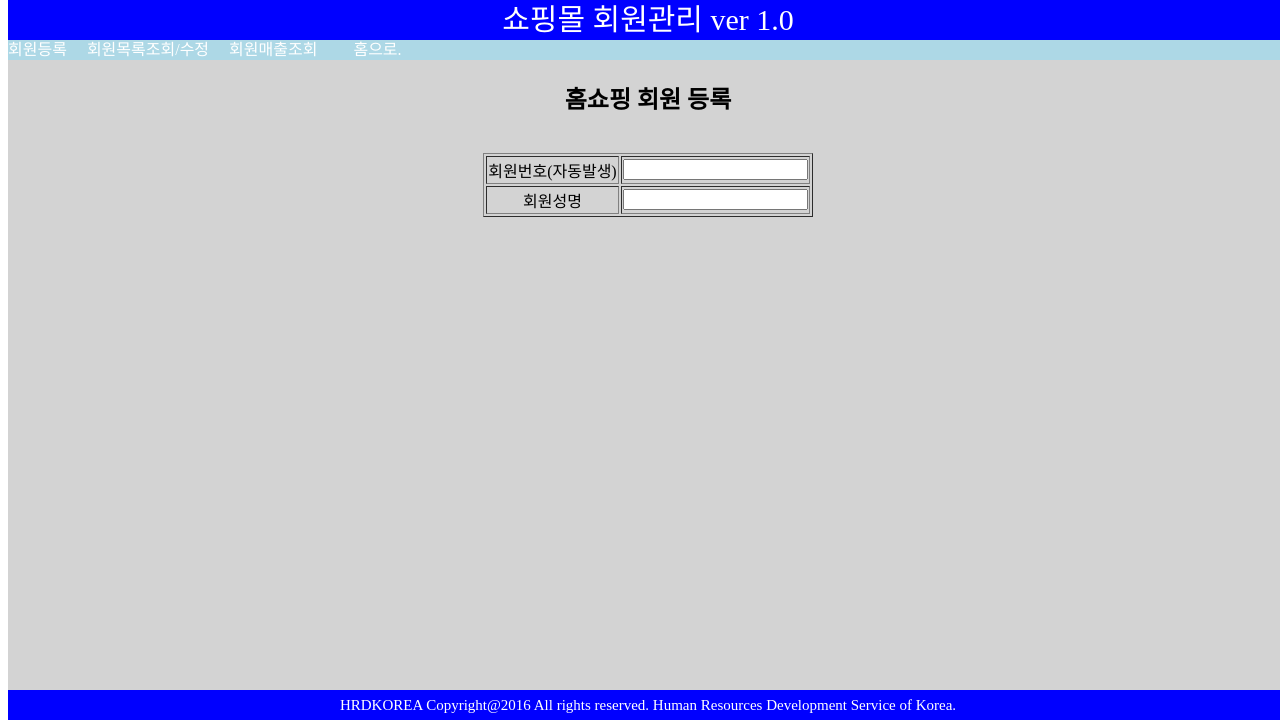
Repository: leesuyeon116/HRD_1
Page: http://localhost/HRD_0416/join.jsp
These files come from the project's save history. The page is drawn as it stood at one moment and after the next save; the edit follows.
The browser window is 1280 px wide. The pictures show the whole page.
The page is served by Tomcat 9. Other server files are loaded and not shown.

Above is the page before, as saved 2024-04-17 00:15:51.

### HRD_0416/src/main/webapp/join.jsp
<%@ page language="java" contentType="text/html; charset=UTF-8"
    pageEncoding="UTF-8"%>
<!DOCTYPE html>
<html>
<head>
<meta charset="UTF-8">
<title>join</title>
</head>
<body>
<jsp:include page="header.jsp" />
	<section style="position: fixed; top: 60px; width: 100%; height: 100%; background-color: lightgray">
	<h2 style="text-align: center;"><b>홈쇼핑 회원 등록</b></h2><br>

	<form name="frm" style=" display: flex; align-items: center; justify-content: center; text-align: center">
	<table border="1">
		<tr>
			<td>회원번호(자동발생)</td>
			<td><input type="text" name="custno"></td>
		</tr>
		<tr>
			<td>회원성명</td>
			<td><input type="text" name="custname"></td>
		</tr>

	</table>
	</form>

	</section>

<jsp:include page="footer.jsp" />
</body>
</html>

### HRD_0416/src/main/webapp/header.jsp
<%@ page language="java" contentType="text/html; charset=UTF-8"
    pageEncoding="UTF-8"%>
<!DOCTYPE html>
<html>
<head>
<meta charset="UTF-8">
<title>header</title>
</head>
<body>
	<header style="position: fixed; top: 0px; width: 100%; height: 40px; background-color: blue; color: white;
	text-align: center; line-height: 40px; font-size: 30px"> 쇼핑몰 회원관리 ver 1.0</header>

	<nav style="position: fixed; top: 40px; width: 100%; height: 20px; background-color: lightblue; color: white; line-height: 20px;">
	회원등록 &nbsp; &nbsp;
	회원목록조회/수정 &nbsp; &nbsp;
	회원매출조회 &nbsp; &nbsp; &nbsp; &nbsp;
	홈으로.</nav>
</body>
</html>

### HRD_0416/src/main/webapp/footer.jsp
<%@ page language="java" contentType="text/html; charset=UTF-8"
    pageEncoding="UTF-8"%>
<!DOCTYPE html>
<html>
<head>
<meta charset="UTF-8">
<title>footer</title>
</head>
<body>
	<footer style="position: fixed; bottom: 0px; width: 100%; height: 30px; background-color: blue; color: white;
	text-align: center; line-height: 30px; font-size: 15px;">
	HRDKOREA Copyright@2016 All rights reserved. Human Resources Development Service of Korea.</footer>
</body>
</html>

After the next save:
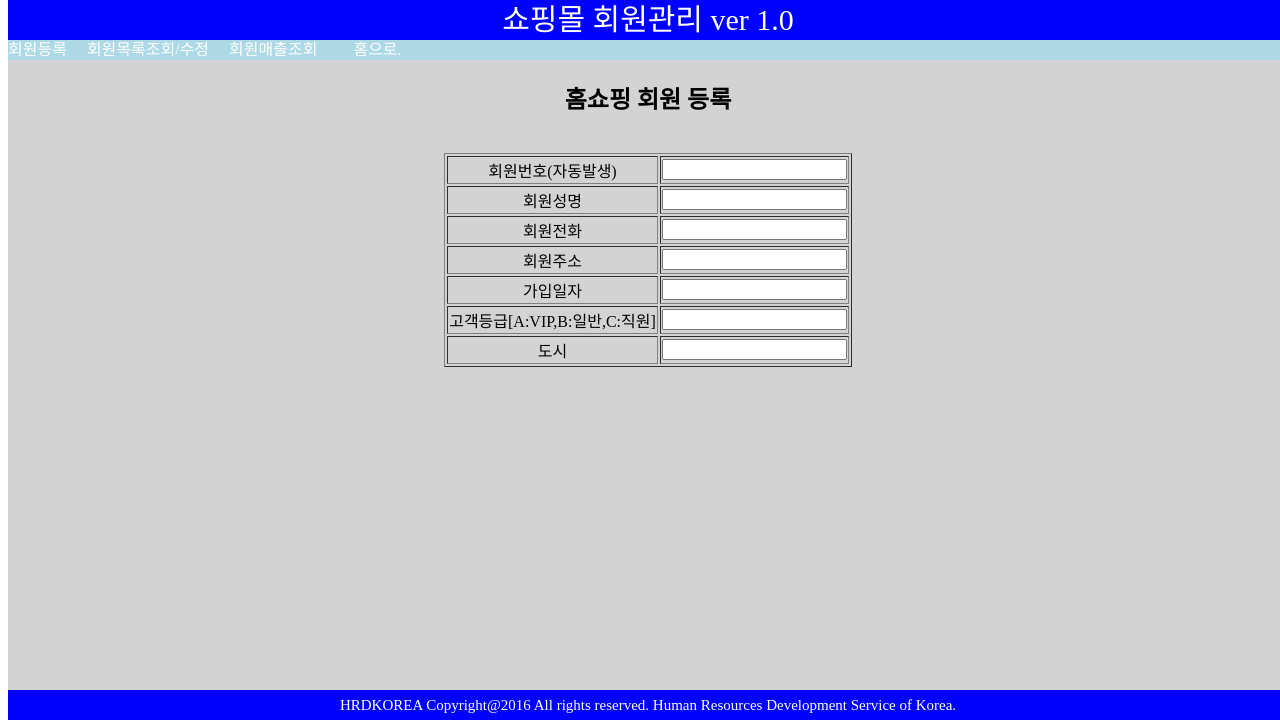
Saved 2 min 36 s later.
--- a/HRD_0416/src/main/webapp/join.jsp
+++ b/HRD_0416/src/main/webapp/join.jsp
@@ -21,7 +21,26 @@
 			<td>회원성명</td>
 			<td><input type="text" name="custname"></td>
 		</tr>
-
+		<tr>
+			<td>회원전화</td>
+			<td><input type="text" name="phone"></td>
+		</tr>
+		<tr>
+			<td>회원주소</td>
+			<td><input type="text" name="address"></td>
+		</tr>
+		<tr>
+			<td>가입일자</td>
+			<td><input type="text" name="joindate"></td>
+		</tr>
+		<tr>
+			<td>고객등급[A:VIP,B:일반,C:직원]</td>
+			<td><input type="text" name="grade"></td>
+		</tr>
+		<tr>
+			<td>도시</td>
+			<td><input type="text" name="city"></td>
+		</tr>
 	</table>
 	</form>
 
